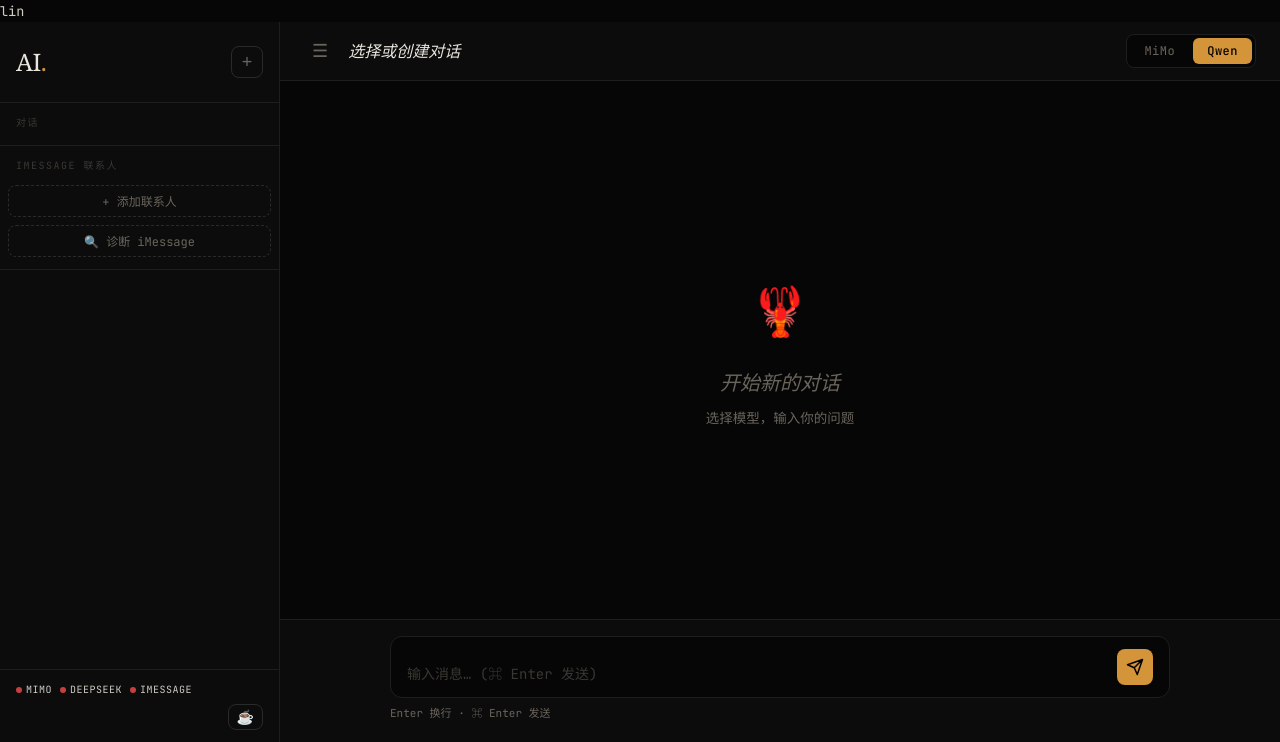
Repository: PenterZhang/Ai-Assistant-Localhost
Page: /
These files come from the project's save history. The page is drawn as it stood at one moment and after a run of saves; the edit follows.
The browser window is 1280 px wide. The pictures show the whole page.
The page's requests for data from a server got no answer. Some web fonts or font styles are not loaded; a fallback is used. The project was rebuilt for these pictures with package versions that can differ from the ones it lists, and the page was loaded fresh each time. No one was signed in, and anything a server would have sent is missing. Also part of the build but not shown: vite.config.ts, src/components/CodeBlock.tsx, src/components/MessageBubble.tsx, src/components/AddContactModal.tsx.

Above is the page before, as saved 2026-04-30 15:18:53.

### index.html
<!DOCTYPE html>
<html lang="zh-CN">
<head>
    <meta charset="UTF-8" />
    <meta name="viewport" content="width=device-width, initial-scale=1.0" />
    <title>AI Assistant</title>
    lin
    <link rel="preconnect" href="https://fonts.googleapis.com" />
    <link href="https://fonts.googleapis.com/css2?family=JetBrains+Mono:wght@300;400;500;600&family=Instrument+Serif:ital@0;1&display=swap" rel="stylesheet" />
</head>
<body>
    <div id="root"></div>
    <script type="module" src="/src/main.tsx"></script>
</body>
</html>

### src/main.tsx
import { createRoot } from "react-dom/client";
import App from "./App";

createRoot(document.getElementById("root")!).render(<App />);

### src/App.tsx
import { useState, useCallback } from "react";
import { Sidebar } from "./components/Sidebar";
import { ChatArea } from "./components/ChatArea";
import { AddContactModal } from "./components/AddContactModal";
import { useSessions } from "./hooks/useSessions";
import { useChat } from "./hooks/useChat";
import { useIMessage } from "./hooks/useIMessage";
import { useHealth } from "./hooks/useHealth";
import { api } from "./api";
import "./App.css";

export default function App() {
    const [model, setModel] = useState("qwen");
    const [sidebarOpen, setSidebarOpen] = useState(true);
    const [showContactModal, setShowContactModal] = useState(false);
    const [sleepActive, setSleepActive] = useState(false);

    const { sessions, currentId, create, select, remove, reload: reloadSessions } = useSessions();
    const { messages, streaming, send } = useChat(currentId, model);
    const { contacts, add: addContact, remove: removeContact } = useIMessage();
    const health = useHealth();

    const currentSession = sessions.find(s => s.id === currentId);
    const title = currentSession?.title || "选择或创建对话";

    const handleSend = useCallback(async (text: string) => {
        // ✅ 先确保有 sessionId，再调 send
        let sid = currentId;
        if (!sid) {
            const newSession = await create(model);
            sid = newSession.id;
        }
        if (!sid) return;
        await send(text, sid);
        await reloadSessions();
    }, [currentId, model, send, create, reloadSessions]);


    const handleNew = useCallback(async () => {
        await create(model);
    }, [model, create]);

    const handleToggleSleep = useCallback(async () => {
        const r = await api.sleep.toggle();
        setSleepActive(r.preventing);
    }, []);

    return (
        <div id="app">
            <Sidebar
                sessions={sessions}
                currentId={currentId}
                onSelect={select}
                onDelete={remove}
                onNew={handleNew}
                contacts={contacts}
                onAddContact={() => setShowContactModal(true)}
                onDeleteContact={removeContact}
                health={health}
                sleepActive={sleepActive}
                onToggleSleep={handleToggleSleep}
            />
            <ChatArea
                title={title}
                messages={messages}
                streaming={streaming}
                model={model}
                onModelChange={setModel}
                onSend={handleSend}
                onMenuToggle={() => setSidebarOpen(o => !o)}
            />
            {showContactModal && (
                <AddContactModal
                    onAdd={async (data) => { await addContact(data); setShowContactModal(false); }}
                    onClose={() => setShowContactModal(false)}
                />
            )}
        </div>
    );
}

### src/components/Sidebar.tsx
import type { Session, IMContact } from "../types";
import { useState } from "react";

interface Props {
    sessions: Session[];
    currentId: string | null;
    onSelect: (id: string) => void;
    onDelete: (id: string) => void;
    onNew: () => void;
    contacts: IMContact[];
    onAddContact: () => void;
    onDeleteContact: (handleId: string) => void;
    health: Record<string, boolean>;
    sleepActive: boolean;
    onToggleSleep: () => void;
}

export function Sidebar({
    sessions, currentId, onSelect, onDelete, onNew,
    contacts, onAddContact, onDeleteContact,
    health, sleepActive, onToggleSleep,
}: Props) {
    const [diagnosing, setDiagnosing] = useState(false);

    const handleDiagnose = async () => {
        setDiagnosing(true);
        try {
            const r = await fetch("/api/imessage/diagnose");
            const d = await r.json();
            alert(d.issues.join("\n"));
        } catch (e) {
            alert("诊断失败: " + (e as Error).message);
        } finally {
            setDiagnosing(false);
        }
    };

    return (
        <aside id="sidebar">
            <div className="sidebar-head">
                <h1 className="logo">AI<span className="dot">.</span></h1>
                <button id="btn-new" onClick={onNew} title="新对话">+</button>
            </div>

            <div className="sidebar-section">
                <div className="section-label">对话</div>
                <div className="sessions">
                    {sessions.map(s => (
                        <div key={s.id} className={`si${currentId === s.id ? " on" : ""}`} onClick={() => onSelect(s.id)}>
                            <span className="t">{s.title}</span>
                            {s.source === "imessage" && <span className="badge-im">iMsg</span>}
                            <button className="xd" onClick={e => { e.stopPropagation(); onDelete(s.id); }}>×</button>
                        </div>
                    ))}
                </div>
            </div>

            <div className="sidebar-section">
                <div className="section-label">iMessage 联系人</div>
                <div className="contacts">
                    {contacts.map(c => (
                        <div key={c.handle_id} className="ci">
                            <span className="t">{c.name || c.handle_id}</span>
                            <span className={`badge ${c.auto_reply ? "on" : "off"}`}>
                                {c.auto_reply ? "自动" : "静默"}
                            </span>
                            <button className="xd" onClick={() => onDeleteContact(c.handle_id)}>×</button>
                        </div>
                    ))}
                </div>
                <button className="btn-sm" onClick={onAddContact}>+ 添加联系人</button>
                <button
                    className="btn-sm"
                    onClick={handleDiagnose}
                    disabled={diagnosing}
                    style={{ marginTop: 4 }}
                >
                    {diagnosing ? "诊断中..." : "🔍 诊断 iMessage"}
                </button>
            </div>

            <div className="sidebar-foot">
                <div className="health">
                    {Object.entries(health).map(([k, v]) => (
                        <span key={k}><i className={`dot-s ${v ? "ok" : "err"}`} />{k}</span>
                    ))}
                </div>
                <div className="foot-row">
                    <div className="model-tag" />
                    <button
                        className={`btn-sleep${sleepActive ? " active" : ""}`}
                        onClick={onToggleSleep}
                        title="阻止系统休眠"
                    >
                        ☕
                    </button>
                </div>
            </div>
        </aside>
    );
}

### src/components/ChatArea.tsx
import { useRef, useEffect } from "react";
import type { Message } from "../types";
import { MessageBubble } from "./MessageBubble";
import { InputBar } from "./InputBar";

interface Props {
    title: string;
    messages: Message[];
    streaming: boolean;
    model: string;
    onModelChange: (m: string) => void;
    onSend: (text: string) => void;
    onMenuToggle: () => void;
}

export function ChatArea({ title, messages, streaming, model, onModelChange, onSend, onMenuToggle }: Props) {
    const msgsRef = useRef<HTMLDivElement>(null);
    const autoScroll = useRef(true);

    const handleScroll = () => {
        const el = msgsRef.current;
        if (!el) return;
        autoScroll.current = el.scrollHeight - el.scrollTop - el.clientHeight < 100;
    };

    useEffect(() => {
        if (autoScroll.current && msgsRef.current) {
            msgsRef.current.scrollTop = msgsRef.current.scrollHeight;
        }
    }, [messages]);

    return (
        <main id="main">
            <header id="header">
                <div className="h-left">
                    <button className="icon-btn" onClick={onMenuToggle}>☰</button>
                    <h2 id="title">{title}</h2>
                </div>
                <div className="h-right">
                    <div className="switcher">
                        {(["mimo", "qwen"] as const).map(m => (
                            <button
                                key={m}
                                className={`sw${model === m ? " on" : ""}`}
                                onClick={() => onModelChange(m)}
                            >
                                {m === "mimo" ? "MiMo" : "Qwen"}
                            </button>
                        ))}
                    </div>
                </div>
            </header>

            <div className="msgs" ref={msgsRef} onScroll={handleScroll}>
                {messages.length === 0 ? (
                    <div className="empty">
                        <div className="empty-icon">🦞</div>
                        <p>开始新的对话</p>
                        <span className="muted">选择模型，输入你的问题</span>
                    </div>
                ) : (
                    messages.map(m => (
                        <MessageBubble
                            key={m.id}
                            message={m}
                            isStreaming={streaming && m.role === "assistant" && m === messages[messages.length - 1]}
                        />
                    ))
                )}
            </div>

            <InputBar onSend={onSend} disabled={streaming} />
        </main>
    );
}

### src/hooks/useSessions.ts
import { useState, useEffect, useCallback } from "react";
import type { Session } from "../types";
import { api } from "../api";

export function useSessions() {
  const [sessions, setSessions] = useState<Session[]>([]);
  const [currentId, setCurrentId] = useState<string | null>(null);

  const reload = useCallback(async () => {
    const list = await api.sessions.list();
    setSessions(list);
    return list;
  }, []);

  useEffect(() => { reload(); }, [reload]);

  const create = useCallback(async (model: string) => {
    const s = await api.sessions.create(model);
    const list = await reload();
    setCurrentId(s.id);
    return s;
  }, [reload]);

  const select = useCallback((id: string) => setCurrentId(id), []);

  const remove = useCallback(async (id: string) => {
    await api.sessions.delete(id);
    if (currentId === id) setCurrentId(null);
    await reload();
  }, [currentId, reload]);

  const update = useCallback(async (id: string, data: Partial<Session>) => {
    await api.sessions.update(id, data);
    await reload();
  }, [reload]);

  return { sessions, currentId, create, select, remove, update, reload };
}

### src/hooks/useChat.ts
import { useState, useEffect, useCallback, useRef } from "react";
import type { Message } from "../types";
import { api } from "../api";

export function useChat(sessionId: string | null, model: string) {
    const [messages, setMessages] = useState<Message[]>([]);
    const [streaming, setStreaming] = useState(false);
    const streamingRef = useRef(false);

    useEffect(() => {
        if (!sessionId) {
            setMessages([]);
            return;
        }
        if (streamingRef.current) return; // ← 加这一行
        api.messages.list(sessionId).then(setMessages);
    }, [sessionId]);

    // ✅ send 现在接受一个可选的 targetSessionId
    const send = useCallback(
        async (text: string, targetSessionId?: string) => {
            const sid = targetSessionId || sessionId;
            if (!sid || streamingRef.current) return;

            streamingRef.current = true;
            setStreaming(true);

            const userMsg: Message = {
                id: crypto.randomUUID(),
                session_id: sid,
                role: "user",
                content: text,
                model: null,
                created_at: Date.now() / 1000,
            };
            const assistantMsg: Message = {
                id: crypto.randomUUID(),
                session_id: sid,
                role: "assistant",
                content: "",
                model,
                created_at: Date.now() / 1000,
            };
            setMessages((prev) => [...prev, userMsg, assistantMsg]);

            try {
                const resp = await api.chat(sid, text, model);
                const reader = resp.body!.getReader();
                const dec = new TextDecoder();
                let buf = "";
                let full = "";

                while (true) {
                    const { done, value } = await reader.read();
                    if (done) break;
                    buf += dec.decode(value, { stream: true });
                    const lines = buf.split("\n");
                    buf = lines.pop() || "";
                    for (const line of lines) {
                        if (!line.startsWith("data: ")) continue;
                        const d = line.slice(6).trim();
                        if (d === "[DONE]") continue;
                        try {
                            const p = JSON.parse(d);
                            if (p.content) {
                                full += p.content;
                                setMessages((prev) => {
                                    const arr = [...prev];
                                    const last = arr.length - 1;
                                    if (arr[last]?.role === "assistant") {
                                        arr[last] = {
                                            ...arr[last],
                                            content: full,
                                        };
                                    }
                                    return arr;
                                });
                            }
                        } catch {}
                    }
                }
            } catch (e) {
                setMessages((prev) => {
                    const arr = [...prev];
                    const last = arr.length - 1;
                    if (arr[last]?.role === "assistant") {
                        arr[last] = {
                            ...arr[last],
                            content: `[Error] ${(e as Error).message}`,
                        };
                    }
                    return arr;
                });
            } finally {
                streamingRef.current = false;
                setStreaming(false);
            }
        },
        [sessionId, model],
    );

    return { messages, streaming, send, setMessages };
}

### src/hooks/useIMessage.ts
import { useState, useEffect, useCallback } from "react";
import type { IMContact } from "../types";
import { api } from "../api";

export function useIMessage() {
  const [contacts, setContacts] = useState<IMContact[]>([]);

  const reload = useCallback(async () => {
    try { setContacts(await api.contacts.list()); } catch { setContacts([]); }
  }, []);

  useEffect(() => { reload(); }, [reload]);

  const add = useCallback(async (data: { handle_id: string; name?: string; trigger_mode?: string }) => {
    await api.contacts.add(data);
    await reload();
  }, [reload]);

  const remove = useCallback(async (handleId: string) => {
    await api.contacts.delete(handleId);
    await reload();
  }, [reload]);

  return { contacts, add, remove, reload };
}

### src/hooks/useHealth.ts
import { useState, useEffect } from "react";
import { api } from "../api";

export function useHealth(intervalMs = 30_000) {
  const [health, setHealth] = useState<Record<string, boolean>>({});

  useEffect(() => {
    const check = async () => {
      try { setHealth(await api.health()); }
      catch { setHealth({ mimo: false, deepseek: false, imessage: false }); }
    };
    check();
    const id = setInterval(check, intervalMs);
    return () => clearInterval(id);
  }, [intervalMs]);

  return health;
}

### src/api.ts
import type { Session, Message, IMContact, ModelInfo } from "./types";

const json = { "Content-Type": "application/json" };

export const api = {
  health: () => fetch("/api/health").then<Record<string, boolean>>(r => r.json()),
  models: () => fetch("/api/models").then<ModelInfo[]>(r => r.json()),

  sessions: {
    list: () => fetch("/api/sessions").then<Session[]>(r => r.json()),
    create: (model: string) =>
      fetch("/api/sessions", { method: "POST", headers: json, body: JSON.stringify({ model }) }).then<Session>(r => r.json()),
    update: (id: string, data: Partial<Session>) =>
      fetch(`/api/sessions/${id}`, { method: "PUT", headers: json, body: JSON.stringify(data) }),
    delete: (id: string) => fetch(`/api/sessions/${id}`, { method: "DELETE" }),
  },

  messages: {
    list: (sessionId: string) =>
      fetch(`/api/sessions/${sessionId}/messages`).then<Message[]>(r => r.json()),
  },

  chat: (sessionId: string, message: string, model: string) =>
    fetch("/api/chat", {
      method: "POST",
      headers: json,
      body: JSON.stringify({ session_id: sessionId, message, model }),
    }),

  contacts: {
    list: () => fetch("/api/imessage/contacts").then<IMContact[]>(r => r.json()),
    add: (data: { handle_id: string; name?: string; trigger_mode?: string }) =>
      fetch("/api/imessage/contacts", { method: "POST", headers: json, body: JSON.stringify(data) }),
    delete: (handleId: string) =>
      fetch(`/api/imessage/contacts/${encodeURIComponent(handleId)}`, { method: "DELETE" }),
  },

  sleep: {
    toggle: () => fetch("/api/sleep/toggle", { method: "POST" }).then<{ preventing: boolean }>(r => r.json()),
  },
};

### src/components/InputBar.tsx
import { useRef, useCallback } from "react";

interface Props {
  onSend: (text: string) => void;
  disabled: boolean;
}

export function InputBar({ onSend, disabled }: Props) {
  const ref = useRef<HTMLTextAreaElement>(null);

  const handleSend = useCallback(() => {
    const text = ref.current?.value.trim();
    if (!text || disabled) return;
    if (ref.current) { ref.current.value = ""; ref.current.style.height = "auto"; }
    onSend(text);
  }, [onSend, disabled]);

  const handleKey = useCallback((e: React.KeyboardEvent) => {
    if (e.key === "Enter" && (e.metaKey || e.ctrlKey)) { e.preventDefault(); handleSend(); }
  }, [handleSend]);

  const handleInput = useCallback(() => {
    const el = ref.current;
    if (el) { el.style.height = "auto"; el.style.height = Math.min(el.scrollHeight, 200) + "px"; }
  }, []);

  return (
    <div className="input-bar">
      <div className="input-wrap">
        <textarea
          ref={ref}
          placeholder="输入消息… (⌘ Enter 发送)"
          rows={1}
          onKeyDown={handleKey}
          onInput={handleInput}
          disabled={disabled}
        />
        <button onClick={handleSend} disabled={disabled} title="发送">
          <svg width="18" height="18" viewBox="0 0 24 24" fill="none" stroke="currentColor" strokeWidth="2" strokeLinecap="round" strokeLinejoin="round">
            <path d="M22 2L11 13M22 2l-7 20-4-9-9-4 20-7z" />
          </svg>
        </button>
      </div>
      <div className="input-hint muted">Enter 换行 · ⌘ Enter 发送</div>
    </div>
  );
}

Loaded but not shown: src/App.css (156 lines, source omitted)

After the next 2 saves:
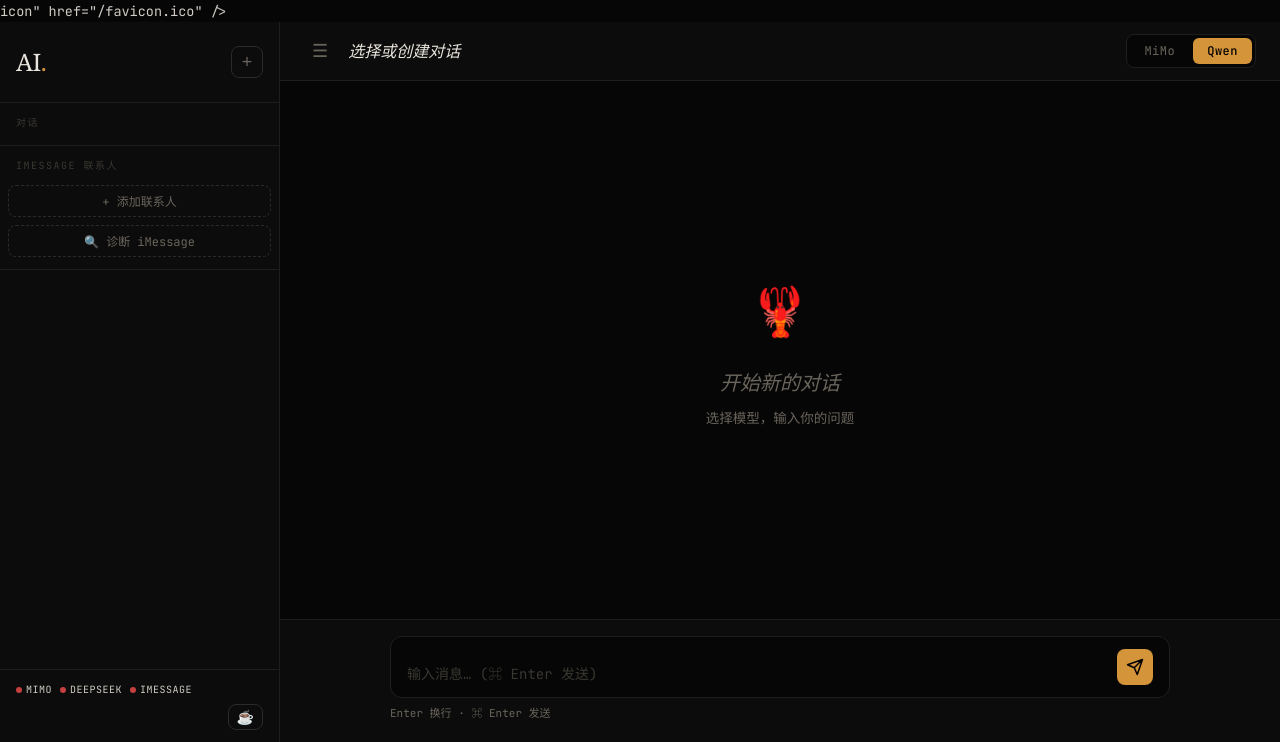
The 2 saves are shown as one change because they came seconds apart.
The last was saved 11 s later.
--- a/index.html
+++ b/index.html
@@ -4,7 +4,7 @@
     <meta charset="UTF-8" />
     <meta name="viewport" content="width=device-width, initial-scale=1.0" />
     <title>AI Assistant</title>
-    lin
+icon" href="/favicon.ico" />
     <link rel="preconnect" href="https://fonts.googleapis.com" />
     <link href="https://fonts.googleapis.com/css2?family=JetBrains+Mono:wght@300;400;500;600&family=Instrument+Serif:ital@0;1&display=swap" rel="stylesheet" />
 </head>
